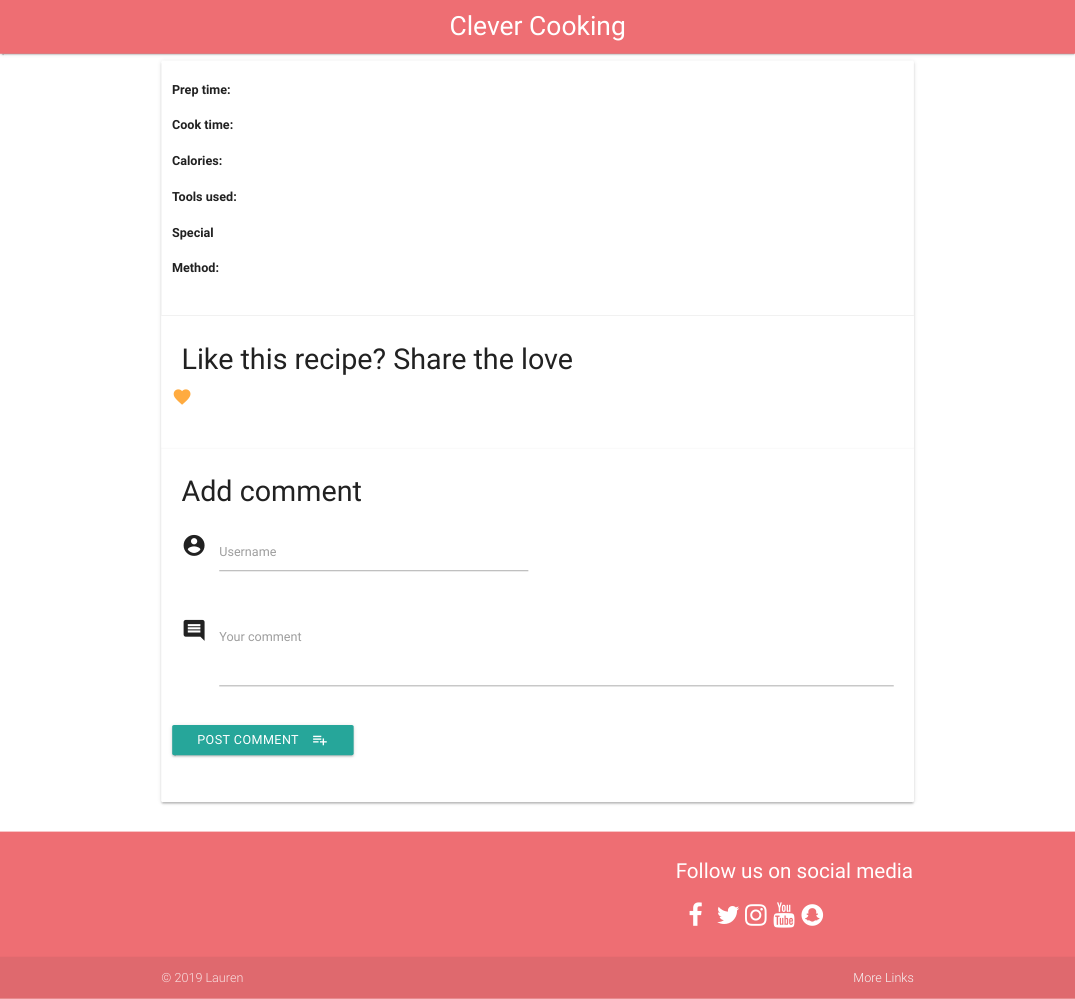
Repository: Code-Institute-Submissions/online-recipe-cookbook
Page: templates/show_recipe.html
The author's editor kept a record of every edit. The page is drawn from the files as they stood at one moment, then again after the next edit.
The browser window is 1280 px wide. The pictures show the whole page, at 84% of full size.
Some web libraries are served in a nearby version. The page is served by the project's application, run on Flask 3 (app.py). The template is opened directly, without the code that normally fills it, so the values that code supplies are empty.

Above is the page before.

### templates/show_recipe.html
{%extends 'base.html'%}
{% block content %}
<!DOCTYPE html>
<html>
    <head>

    </head>
    <body>
       <div class="container">
    <div class="row">
    <div class="col s12 m12 centre-align">
      <div class="card">
        <div class="card-image medium">
          <img src="{{recipe.image_link}}">
          <span class="card-title">{{recipe.recipe_name}}</span>
        </div>
        <div class="card-content">
          <div class="row">
            <p><b> Prep time: </b> {{recipe.prep_time}}</p>
          </div>
          <div class="row">
            <p><b> Cook time: </b> {{recipe.cook_time}}</p>
          </div>
          <div class="row">
            <p><b> Calories: </b> {{recipe.calories}}</p>
          </div>
          <div class="row">
            <p><b> Tools used: </b> {{recipe.tools_used}}</p>
          </div>
          <div class="row">
            <p><b> Special </b> {{recipe.dietary_needs}}</p>
          </div>
          <div class="row">
            <p><b> Method: </b>{{recipe.method_steps}}</p>
          </div>

        </div>
        <div class="card-action">
          <h4> Like this recipe? Share the love </h4>
          <div class="row">
            <span><a href="{{url_for('add_like_to_recipe', recipe_id=recipe._id)}}"><i class="material-icons left">favorite</i></a> <p>{{recipe.likes}}</p></span>
          </div>
        </div>
        <div class="card-action">
                    <h4>Add comment</h4>
           <div class="row">
            <form action="{{url_for('add_comment_to_recipe', recipe_id=recipe._id)}}" method="POST" class="col s12">
              <div class="row">
                <div class="input-field col s6">
                  <i class="material-icons prefix">account_circle</i>
                  <input id="icon_prefix" type="text" name="username" id="username"class="validate">
                  <label for="icon_prefix">Username</label>
                </div>

                 </div>
                <div class="row">
                  <div class="input-field col s12">
                      <i class="material-icons prefix">comment</i>
                      <textarea name="comment" id="comment" class="materialize-textarea"></textarea>
                      <label for="comment">Your comment</label>
                  </div>
                </div>
             <div class="row">
              <button class="btn waves-effect waves-light" type="submit" name="action">Post Comment
                  <i class="material-icons right">playlist_add</i>
               </button>
              </div>
            </form>
          </div>
        </div>
         {% for comment in comments %}
         <div class="row">
          <div class="col s12 m12">
            <div class="card">
              <div class="card-content black-text">

                <span class="card-title"><b>{{comment.username}}</b></span>
                <p>{{comment.comment}}</p>
              </div>

            </div>
          </div>
        </div>

        {%endfor  %}
      </div>
    </div>
  </div>
       </div>
    </body>
</html>
{% endblock %}

### templates/base.html
<!DOCTYPE html>
<html>

<head>
    <link href="https://fonts.googleapis.com/icon?family=Material+Icons" rel="stylesheet">
    <link rel="stylesheet" href="https://cdnjs.cloudflare.com/ajax/libs/materialize/0.100.2/css/materialize.min.css">
    <link rel="stylesheet" href="{{url_for('static', filename='css/style.css')}}" type="text/css"/>
    <link rel="stylesheet" href="https://cdnjs.cloudflare.com/ajax/libs/font-awesome/4.7.0/css/font-awesome.min.css">
</head>

<body>
    <header>
      <nav>
        <div class="nav-wrapper">
          <a href="{{url_for('get_top_recipes')}}" class="brand-logo center">Clever Cooking</a>
        </div>
      </nav>
    </header>
    {% block content %}

    {% endblock %}

    <script src="https://cdnjs.cloudflare.com/ajax/libs/jquery/3.2.1/jquery.min.js"></script>
    <script src="https://cdnjs.cloudflare.com/ajax/libs/materialize/0.100.2/js/materialize.min.js"></script>
    <script type="text/javascript">
    $(document).ready(function(){
    $('.modal').modal();

    function sendItem(val) {
        console.log(val);
    }
    $(function () {
            $('input.autocomplete').autocomplete({
                data: {

                    "Apple": null,
                    "Microsoft": null,
                    "Google": 'http://placehold.it/250x250'
                },
                onAutocomplete: function(txt) {
                  sendItem(txt);
                },
                limit: 20, // The max amount of results that can be shown at once. Default: Infinity.
            });

    });

  });
    </script>

</body>
<footer class="page-footer">
          <div class="container">
            <div class="row">
              <div class="col l6 s12">
                </div>
              <div class="col l4 offset-l2 s12">
                <h5 class="white-text">Follow us on social media</h5>

                  <a href="#"><i class="fa fa-facebook fa-2x"></i></a>
          				<a href="#" ><i class="fa fa-twitter fa-2x"></i></a>
          				<a href="#" ><i class="fa fa-instagram fa-2x"></i></a>
          				<a href="#" ><i class="fa fa-youtube fa-2x"></i></a>
          				<a href="#"> <i class="fa fa-snapchat fa-2x"></i> </a>


              </div>
            </div>
          </div>
          <div class="footer-copyright">
            <div class="container">
            © 2019 Lauren
            <a class="grey-text text-lighten-4 right" href="#!">More Links</a>
            </div>
          </div>
        </footer>
</html>

### app.py
import os
from flask import Flask, render_template, redirect, request, url_for
from flask_pymongo import PyMongo
from bson.objectid import ObjectId

app = Flask(__name__)
app.config["MONGO_DBNAME"] = 'cookbookDb'
#app.config["MONGO_URI"] = os.getenv('MONGO_URI', 'mongodb://localhost')
app.config["MONGO_URI"]="mongodb+srv://root-user96:r00tUser96@myfirstcluster-ehz2d.mongodb.net/cookbookDb?retryWrites=true&w=majority"


mongo = PyMongo(app)

@app.route('/')
@app.route('/get_top_recipes')
def get_top_recipes():
    return render_template("home.html", recipes=mongo.db.recipes.find())

@app.route('/edit_recipe/<recipe_id>')
def edit_recipe(recipe_id):
    the_recipe = mongo.db.recipes.find_one({"_id": ObjectId(recipe_id)})
    return render_template('edit_recipe.html', recipe=the_recipe)

@app.route('/show_recipe/<recipe_id>')
def show_recipe(recipe_id):
    the_recipe = mongo.db.recipes.find_one({"_id": ObjectId(recipe_id)})
    recipe_comments = mongo.db.comments.find({"_recipe_id": ObjectId(recipe_id)})
    return render_template('show_recipe.html', recipe=the_recipe, comments=recipe_comments)

@app.route('/delete_recipe/<recipe_id>')
def delete_recipe(recipe_id):
    mongo.db.recipes.remove({'_id': ObjectId(recipe_id)})
    return redirect(url_for('get_top_recipes'))

@app.route('/add_like_to_recipe/<recipe_id>', methods=['GET'])
def add_like_to_recipe(recipe_id):
    recipes = mongo.db.recipes

    recipes.update(
        {'_id': ObjectId(recipe_id)},
        { '$inc': { 'likes': +1} }
    )

    return redirect(url_for('show_recipe', recipe_id=recipe_id))

@app.route('/add_comment_to_recipe/<recipe_id>', methods=['POST'])
def add_comment_to_recipe(recipe_id):
    recipes = mongo.db.recipes
    comments = mongo.db.comments

    commentdict = { "username": request.form.get('username'), "comment": request.form.get('comment'), "_recipe_id":ObjectId(recipe_id)}
    comments.insert_one(commentdict)

    return redirect(url_for('show_recipe', recipe_id=recipe_id))

@app.route('/update_recipe/<recipe_id>', methods=['POST'])
def update_recipe(recipe_id):
    recipes = mongo.db.recipes
    recipes.update({'_id': ObjectId(recipe_id)},
    {
        'recipe_name':request.form.get('recipe_name'),
        'prep_time':request.form.get('prep_time'),
        'cook_time':request.form.get('cook_time'),
        'ingredients':request.form.get('ingredients'),
        #'cuisine':request.form.get('cuisine'),
        'method_steps':request.form.get('method_steps'),
        'tools_used':request.form.get('tools_used'),
        'image_link':request.form.get('image_link')
    })
    return redirect(url_for('get_top_recipes'))

@app.route('/insert_recipe', methods=['POST'])
def insert_recipe():
    recipes = mongo.db.recipes
    recipes.insert_one(request.form.to_dict())
    return redirect(url_for('get_top_recipes'))

@app.route('/add_recipe')
def add_recipe():
    return render_template("add_recipe.html")

@app.route('/get_recipe_names')
def get_recipe_names():
    return render_template("index.html", names=mongo.db.recipe_names.find())

if __name__ == '__main__':
    app.run(host=os.environ.get('IP'),
            port=int(os.environ.get('PORT')),
            debug=True)

### static/css/style.css
@import url('https://fonts.googleapis.com/css?family=Satisfy&display=swap');
.fa {
  color: white;
  padding: .5em;
  font-size: 2em;
  width: 1em;
  text-decoration: none;
}

After the next edit:
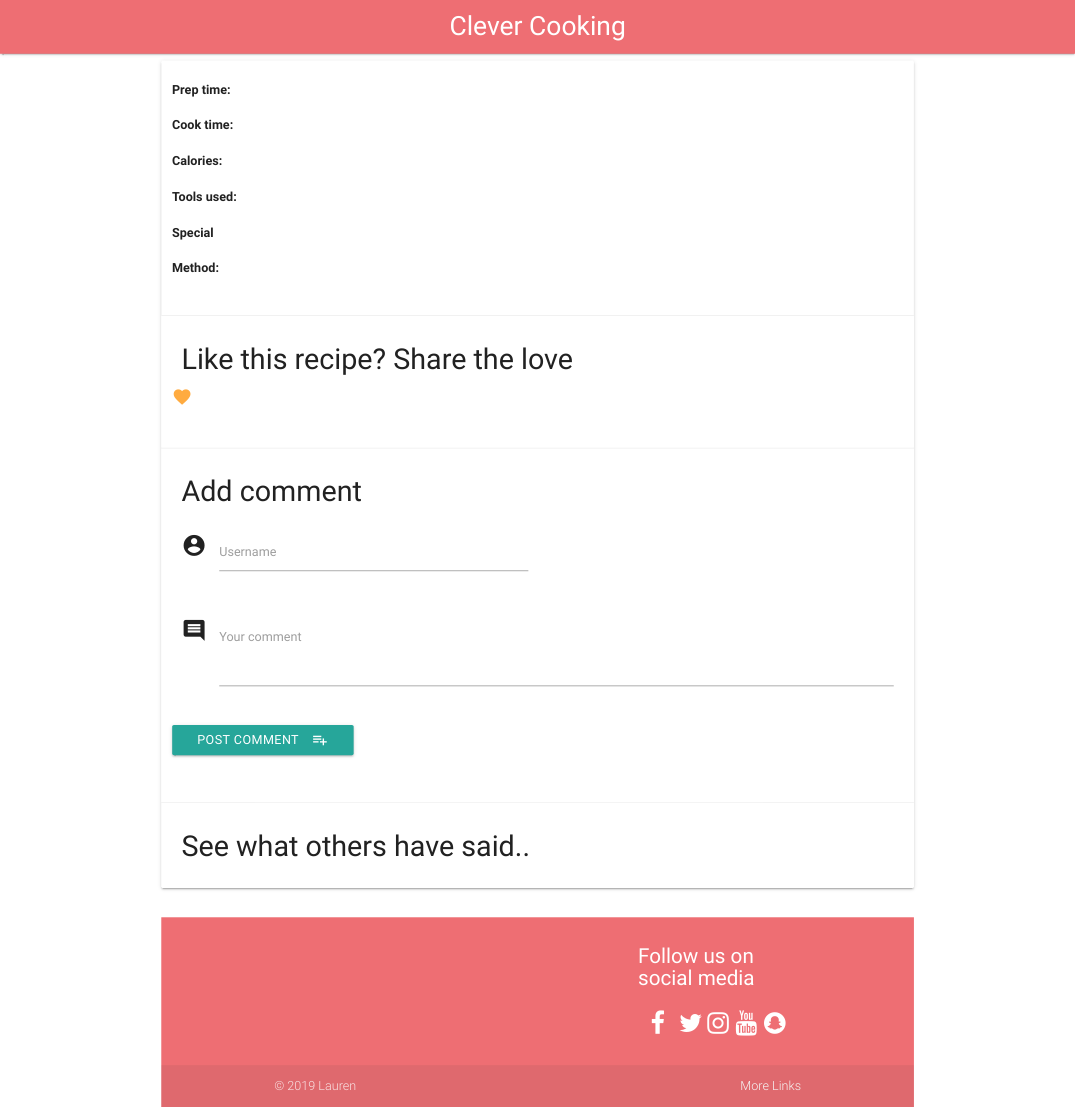
The edit:
--- a/templates/show_recipe.html
+++ b/templates/show_recipe.html
@@ -68,6 +68,9 @@
             </form>
           </div>
         </div>
+        <div class="card-action">
+          <h4>See what others have said..</h4>
+
          {% for comment in comments %}
          <div class="row">
           <div class="col s12 m12">
